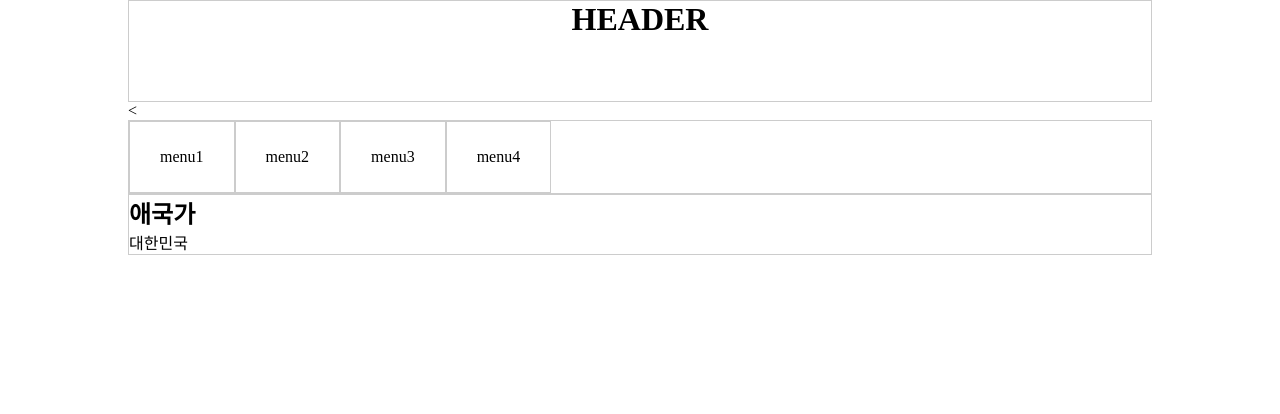
Repository: luna2222/web
Page: 01HTML5/WebContent/[14강]뷰포트 및 반응형 웹페이지/14_02.html
An editor plug-in stored every save of this project. The page is shown before and after the next save, followed by the edit.
The browser window is 1280 px wide. The pictures show the whole page.

Above is the page before, as saved 2019-02-21 05:24:17.

### 01HTML5/WebContent/[14강]뷰포트 및 반응형 웹페이지/14_02.html
<!DOCTYPE html>
<html>
<head>
<meta charset="UTF-8"
name="viewport" content="width=device-width, initial-scale=1.0"/>
<title>반응형 웹</title>
	 <style >
	    @media screen and (max-width967px){
	    #wrap {background-color: #00ff00; color: #ffffff;}
	    }
	    @ @media screen and ( min-width:768px)and (max-width:959px){
	      #wrap{ background-color: #0000ff,color:#ffffff;}
	     }
	      @media screen and (min-width:960px){
	      @Wrap{ background-color: #00000ff; color: #ffffff;}
	      }
	      *{margin: 0; padding: 0;}
	      li{ list-style: none;}

	      #wrap{width:80%; margin: 0 auto;}
	      #header{border: 1px solid #cccccc; height: 100px;}
	      #header>h1{text-align: center;}

	      #nav {border: 1px solid #cccccc; }
	      #nav ul{ overflow: hidden;}
	      #nav ul li {float: left;padding: 5px 30px; text-align: center;
	      height: :60px; line-height: 60px; border: 1px solid #cccccc;}

	      #content_wrap{border: 1px solid #cccccc;}
	      #content_wrap #content{padding: 10px;}
	      #content_wrap #content>h2{ border-bottom: 1px solid #cccccc; margin-bottom:1px ;}

	      #footer{height: 100px; line-height: 100px;text-align: center;font-size: 1.5em;
	      font-weight: bold; margin: 0 auto; border: 1px solid #cccccc;}
	    </style>
</head>
<body>
	<div id="wrap">
	 	<div id="header">
	 	<h1> HEADER</h1>
	 	</div>
	 	<<div id ="nav">
	 		<ul>
	 		 	<li>menu1</li>
	 		 	<li>menu2</li>
	 		 	<li>menu3</li>
	 		 	<li>menu4</li>
	 		</ul>
	 	</div>
	 	<div id="content_wrap">
	 		<div id="conternt">
	 		<h2>애국가</h2>
	 			<p>
	 			</p>
	 			<p>
	 			</p>
	 			<p>
	 			</p>
	 			<p>
	 			</p>
	 			<div id"=footer">
	 			  대한민국
	 			</div>
	 		</div>
	 	</div>
</body>
</html>

After the next save:
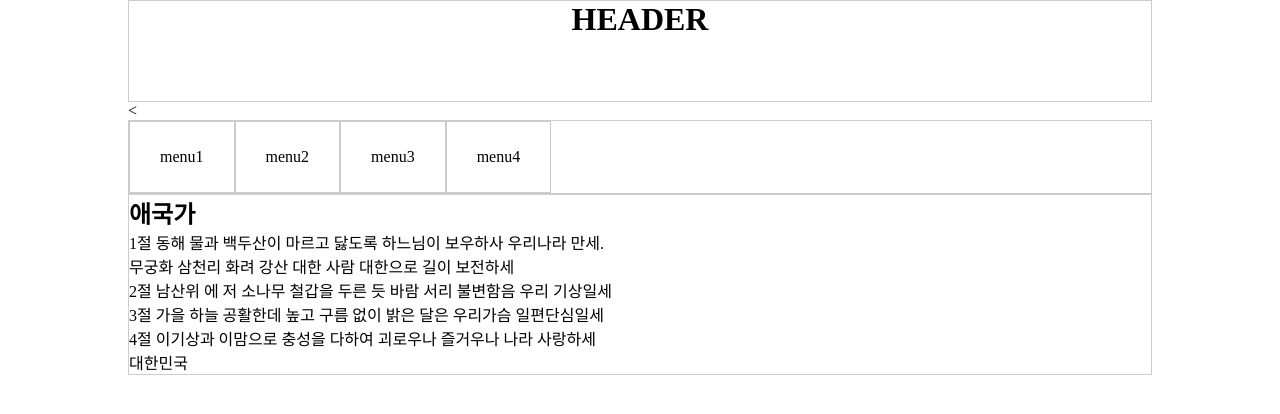
Saved 8 min 0 s later.
--- a/01HTML5/WebContent/[14강]뷰포트 및 반응형 웹페이지/14_02.html
+++ b/01HTML5/WebContent/[14강]뷰포트 및 반응형 웹페이지/14_02.html
@@ -28,7 +28,7 @@ name="viewport" content="width=device-width, initial-scale=1.0"/>
 
 	      #content_wrap{border: 1px solid #cccccc;}
 	      #content_wrap #content{padding: 10px;}
-	      #content_wrap #content>h2{ border-bottom: 1px solid #cccccc; margin-bottom:1px ;}
+	      #content_wrap #content>h2{ border-bottom: 1px solid #cccccc; margin-bottom:10px ;}
 
 	      #footer{height: 100px; line-height: 100px;text-align: center;font-size: 1.5em;
 	      font-weight: bold; margin: 0 auto; border: 1px solid #cccccc;}
@@ -50,13 +50,14 @@ name="viewport" content="width=device-width, initial-scale=1.0"/>
 	 	<div id="content_wrap">
 	 		<div id="conternt">
 	 		<h2>애국가</h2>
-	 			<p>
+	 			<p>1절 동해 물과 백두산이 마르고 닳도록 하느님이 보우하사 우리나라 만세.<br/>
+	 			무궁화 삼천리 화려 강산 대한 사람 대한으로 길이 보전하세
 	 			</p>
-	 			<p>
+	 			<p>2절 남산위 에 저 소나무 철갑을 두른 듯 바람 서리 불변함음 우리 기상일세
 	 			</p>
-	 			<p>
+	 			<p>3절 가을 하늘 공활한데 높고 구름 없이 밝은 달은 우리가슴 일편단심일세<br/>
 	 			</p>
-	 			<p>
+	 			<p>4절 이기상과 이맘으로 충성을 다하여 괴로우나 즐거우나 나라 사랑하세<br/>
 	 			</p>
 	 			<div id"=footer">
 	 			  대한민국
